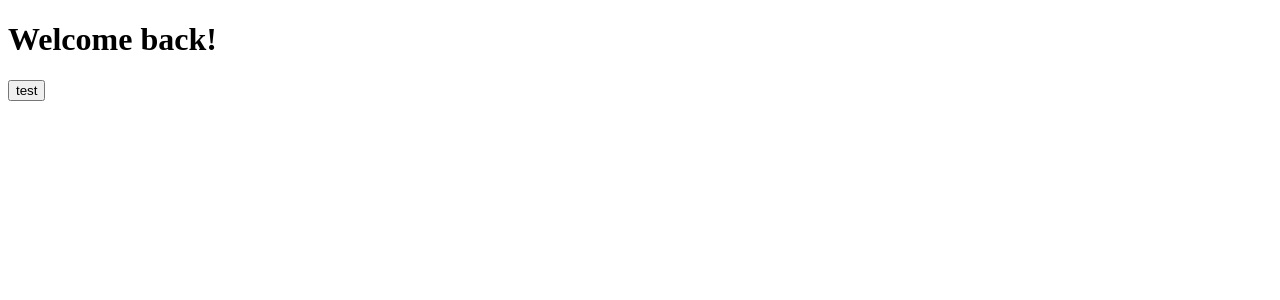
Repository: Leeminsu67/react-for-beginners
Page: /
The author's editor kept a copy of each file at every save. The page is drawn from the files as they stood at one save, then again after the next save.
The browser window is 1280 px wide. The pictures show the whole page.
The project was rebuilt for these pictures with package versions that can differ from the ones it lists, and the page was loaded fresh each time.

Above is the page before, as saved 2024-08-02 15:33:10.

### src/App.js
import Button from "./Button";

function App() {
  return (
    <>
      <h1>Welcome back!</h1>
      <Button text={"test"} />
    </>
  );
}

export default App;

### src/Button.js
import React from "react";

const Button = ({ text }) => {
  return <button>{text}</button>;
};

export default Button;

Loaded but not shown: public/index.html (common file); src/index.js (common file)

After the next save:
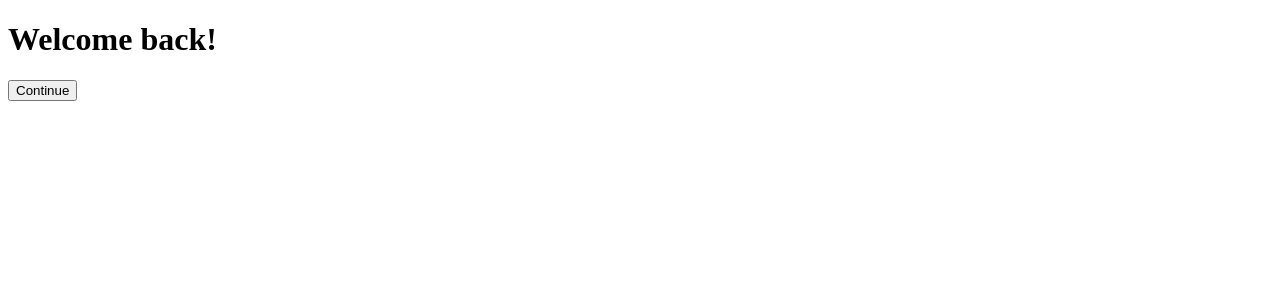
Saved 10 s later.
--- a/src/App.js
+++ b/src/App.js
@@ -4,7 +4,7 @@ function App() {
   return (
     <>
       <h1>Welcome back!</h1>
-      <Button text={"test"} />
+      <Button text={"Continue"} />
     </>
   );
 }
